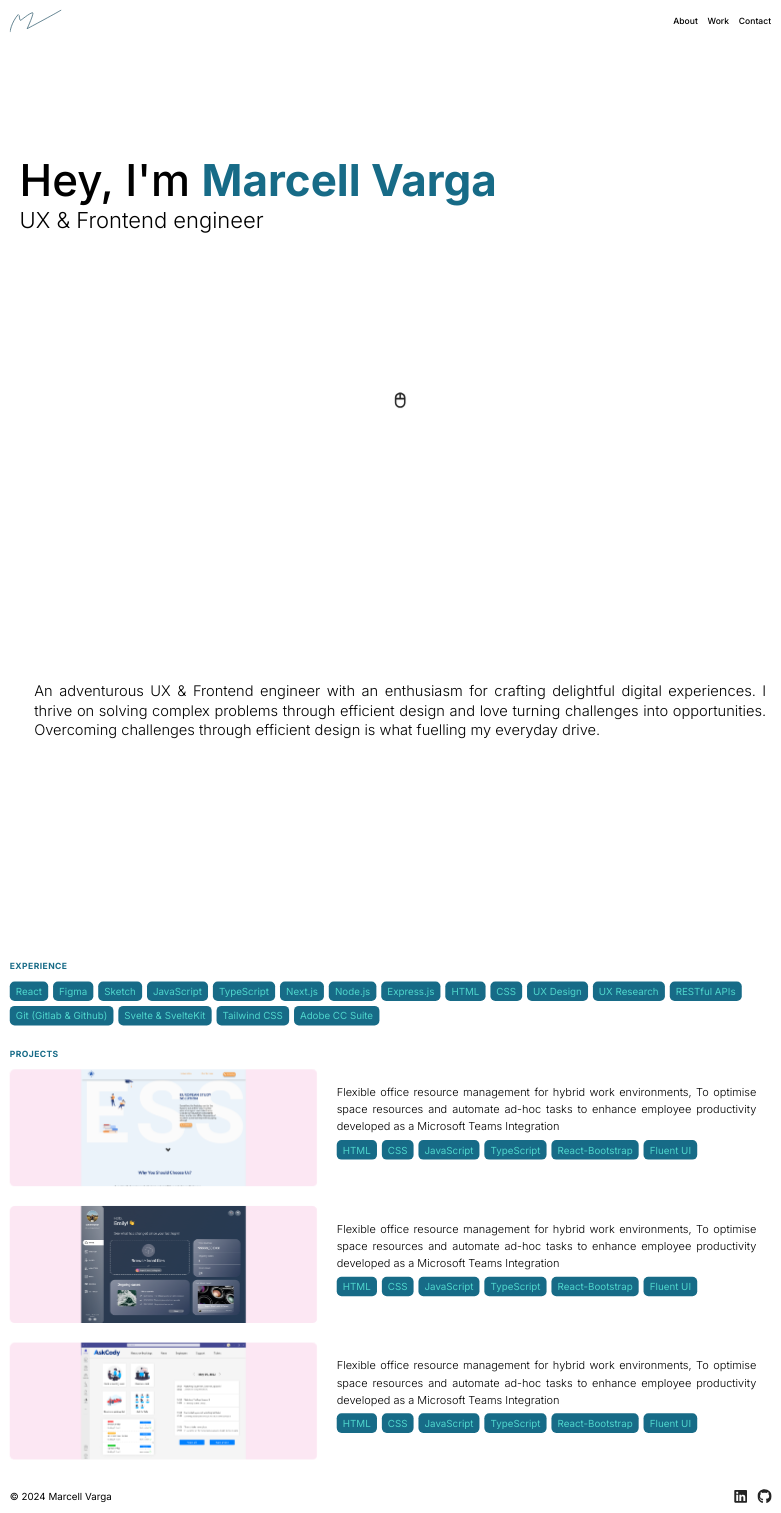
Repository: TheMarcellVarga/personal-portfolio-v.2
Page: /
The author's editor kept a copy of each file at every save. The page is drawn from the files as they stood at one save, then again after the next save.
The browser window is 1280 px wide. The pictures show the whole page, at 61% of full size.
The project was rebuilt for these pictures with package versions that can differ from the ones it lists, and the page was loaded fresh each time. The framework's server and built-in components were replaced by stand-ins that run in the browser. Also part of the build but not shown: next.config.mjs.

Above is the page before, as saved 2024-04-25 01:01:15.

### app/layout.tsx
import type { Metadata } from "next";
import { Inter } from "next/font/google";
import "./globals.css";

const inter = Inter({ subsets: ["latin"] });

export const metadata: Metadata = {
  title: {
    template: "%s | Marcell Varga",
    default: "Marcell Varga",
  },
  description: "Marcell Varga Portfolio | UX & Frontend Engineer",
};
export default function RootLayout({
  children,
}: Readonly<{
  children: React.ReactNode;
}>) {
  return (
    <html lang="en">
      <body className={inter.className}>{children}</body>
    </html>
  );
}

### app/page.tsx
"use client";

import { useState } from "react";
import Link from "next/link";
import Image from "next/image";
import IndexSigAnimated from "../public/icons/indexSigAnimated";

// Header component
const Header = () => {
  const [isOpen, setIsOpen] = useState(false);

  return (
    <header className="flex justify-between items-center w-full">
      <div className="flex items-center">
        {/* Icon */}
        <Link href="/">
          <IndexSigAnimated />
        </Link>
      </div>
      <nav className="flex items-center">
        {/* Hamburger Menu */}
        <div
          className={`md:hidden z-2 ${isOpen ? "open" : ""}`}
          onClick={() => setIsOpen(!isOpen)}
        >
          <div className="w-6 h-0.5 bg-gray-800 mb-1"></div>
          <div className="w-6 h-0.5 bg-gray-800 mb-1"></div>
          <div className="w-6 h-0.5 bg-gray-800"></div>
        </div>
        {/* Navigation Links */}
        <div className={`nav-overlay ${isOpen ? "open" : ""}`}>
          <div className={`${isOpen ? "block" : "hidden"} md:flex space-x-4`}>
            <Link href="/about">
              <div
                className="text-sm font-medium"
                style={{ color: isOpen ? "#eeeeee" : "inherit" }}
              >
                About
              </div>
            </Link>
            <Link href="/work">
              <div
                className="text-sm font-medium"
                style={{ color: isOpen ? "#eeeeee" : "inherit" }}
              >
                Work
              </div>
            </Link>
            <Link href="/contact">
              <div
                className="text-sm font-medium"
                style={{ color: isOpen ? "#eeeeee" : "inherit" }}
              >
                Contact
              </div>
            </Link>
          </div>
        </div>
        <div className={`${isOpen ? "hidden" : "block"}`}>
          <div className={`${isOpen ? "block" : "hidden"} md:flex space-x-4`}>
            <Link href="/about">
              <div
                className="text-sm font-medium"
                style={{ color: isOpen ? "#eeeeee" : "inherit" }}
              >
                About
              </div>
            </Link>
            <Link href="/work">
              <div
                className="text-sm font-medium"
                style={{ color: isOpen ? "#eeeeee" : "inherit" }}
              >
                Work
              </div>
            </Link>
            <Link href="/contact">
              <div
                className="text-sm font-medium"
                style={{ color: isOpen ? "#eeeeee" : "inherit" }}
              >
                Contact
              </div>
            </Link>
          </div>
        </div>
      </nav>
    </header>
  );
};

// Footer component
const Footer = () => {
  return (
    <div className="flex w-full flex-row justify-between items-center">
      <div className="flex w-full">© 2024 Marcell Varga</div>
      <div className="flex space-x-4">
        <Image
          src="/icons/linkedin.svg"
          alt="Linkedin Icon"
          width={24}
          height={24}
        />
        <Image
          src="/icons/github.svg"
          alt="GitHub Icon"
          width={24}
          height={24}
        />
      </div>
    </div>
  );
};

const projects = [
  {
    title:
      "Flexible office resource management for hybrid work environments, To optimise space resources and automate ad-hoc tasks to enhance employee productivity developed as a Microsoft Teams Integration",
    description: "",
    skills: [
      "HTML",
      "CSS",
      "JavaScript",
      "TypeScript",
      "React-Bootstrap",
      "Fluent UI",
    ],
    link: "/", // Example link to the project details page
    image: "/images/ess-index.png", // Add the path to the image
  },
  {
    title:
      "Flexible office resource management for hybrid work environments, To optimise space resources and automate ad-hoc tasks to enhance employee productivity developed as a Microsoft Teams Integration",
    description: "",
    skills: [
      "HTML",
      "CSS",
      "JavaScript",
      "TypeScript",
      "React-Bootstrap",
      "Fluent UI",
    ],
    link: "/", // Example link to the project details page
    image: "/images/catchscan-index.png", // Add the path to the image
  },
  {
    title:
      "Flexible office resource management for hybrid work environments, To optimise space resources and automate ad-hoc tasks to enhance employee productivity developed as a Microsoft Teams Integration",
    description: "",
    skills: [
      "HTML",
      "CSS",
      "JavaScript",
      "TypeScript",
      "React-Bootstrap",
      "Fluent UI",
    ],
    link: "/", // Example link to the project details page
    image: "/images/askcody-index.png", // Add the path to the image
  },
  // Add more projects here
];

export default function Page() {
  return (
    <div className="m-4">
      <Header />
      <main className="flex flex-col items-center justify-between h-screen m-4 gap-1 w-full">
        <div className="flex-grow pb-12 w-full flex flex-col items-center justify-center gap-">
          <div className="flex flex-row w-full text-7xl font-medium items-center justify-start">
            Hey, I'm&nbsp;
            <span className="text-custom-blue font-bold">Marcell Varga</span>
          </div>
          <div className="flex w-full text-4xl font-light items-center justify-start my-2">
            UX & Frontend engineer
          </div>
        </div>
        <div className="pb-32 flex flex-col items-center justify-start">
          <Image
            className="animate-moveDown"
            src="/icons/mouseScroll.svg"
            alt="Scroll your mouse down Icon"
            width={30}
            height={30}
          />
        </div>
      </main>
      {/* Drive Section */}
      <section className="flex flex-col items-center justify-between h-screen m-4 gap-1 w-full">
        <div className="flex w-full h-screen text-5xl font-medium items-center justify-start">
          <h2 className="text-2xl font-light text-justify m-6">
            An adventurous UX & Frontend engineer with an enthusiasm for
            crafting delightful digital experiences. I thrive on solving complex
            problems through efficient design and love turning challenges into
            opportunities. Overcoming challenges through efficient design is
            what fuelling my everyday drive.
          </h2>
        </div>
      </section>
      <section className="flex flex-col items-center justify-between my-4 gap-1 w-full">
        {/* New Experience Section */}
        <article className="mt-8 w-full">
          <h2 className="text-custom-blue text-sm font-bold mb-4 tracking-wider uppercase">
            Experience
          </h2>
          <div className="flex flex-wrap gap-2">
            {[
              "React",
              "Figma",
              "Sketch",
              "JavaScript",
              "TypeScript",
              "Next.js",
              "Node.js",
              "Express.js",
              "HTML",
              "CSS",
              "UX Design",
              "UX Research",
              "RESTful APIs",
              "Git (Gitlab & Github)",
              "Svelte & SvelteKit",
              "Tailwind CSS",
              "Adobe CC Suite",
            ].map((skill) => (
              <div
                key={skill}
                className="bg-custom-blue text-custom-teal px-2.5 py-1 rounded-lg"
              >
                {skill}
              </div>
            ))}
          </div>
        </article>
        <article className="my-8 w-full">
          <h2 className="text-custom-blue text-sm font-bold mb-4 tracking-wider uppercase">
            Projects
          </h2>
          <div className="flex flex-col gap-8">
            {projects.map((project) => (
              <div key={project.title} className="flex gap-2">
                <div className="w-full h-full relative rounded-lg overflow-hidden y-5">
                  <div className="bg-pink-100 w-full h-48">
                    <Image
                      src={project.image} // Use the image path from the project object
                      alt={project.title} // Use the project title as the alt text
                      layout="fill" // Make the image fill its container
                      objectFit="contain" // Adjust the image's aspect ratio to cover the container
                    />
                  </div>
                </div>
                <div className="flex flex-col m-6 gap-2">
                  <Link
                    href={project.link}
                    className="text-lg font-light text-justify"
                  >
                    <div>{project.title}</div>
                    <div>{project.description}</div>
                  </Link>
                  <div className="flex flex-wrap gap-2">
                    {project.skills.map((skill) => (
                      <div
                        key={skill}
                        className="bg-custom-blue text-custom-teal px-2.5 py-1 rounded-lg"
                      >
                        {skill}
                      </div>
                    ))}
                  </div>
                </div>
              </div>
            ))}
          </div>
        </article>
      </section>
      <Footer />
    </div>
  );
}

### app/globals.css
@tailwind base;
@tailwind components;
@tailwind utilities;

/* :root {
  --foreground-rgb: 0, 0, 0;
  --background-start-rgb: 214, 219, 220;
  --background-end-rgb: 255, 255, 255;
}

@media (prefers-color-scheme: dark) {
  :root {
    --foreground-rgb: 255, 255, 255;
    --background-start-rgb: 0, 0, 0;
    --background-end-rgb: 0, 0, 0;
  }
}

body {
  color: rgb(var(--foreground-rgb));
  background: linear-gradient(
      to bottom,
      transparent,
      rgb(var(--background-end-rgb))
    )
    rgb(var(--background-start-rgb));
}

@layer utilities {
  .text-balance {
    text-wrap: balance;
  }
} */

@-webkit-keyframes animate-svg-stroke-1 {
  0% {
    stroke-dashoffset: 210.06117248535156px;
    stroke-dasharray: 210.06117248535156px;
  }

  100% {
    stroke-dashoffset: 420.1223449707031px;
    stroke-dasharray: 210.06117248535156px;
  }
}

@keyframes animate-svg-stroke-1 {
  0% {
    stroke-dashoffset: 210.06117248535156px;
    stroke-dasharray: 210.06117248535156px;
  }

  100% {
    stroke-dashoffset: 420.1223449707031px;
    stroke-dasharray: 210.06117248535156px;
  }
}

.svg-elem-1 {
  -webkit-animation: animate-svg-stroke-1 1s ease-in-out 1s both;
  animation: animate-svg-stroke-1 1s ease-in-out 1s both;
}

@-webkit-keyframes animate-svg-stroke-2 {
  0% {
    stroke-dashoffset: 798.271240234375px;
    stroke-dasharray: 798.271240234375px;
  }

  100% {
    stroke-dashoffset: 1596.54248046875px;
    stroke-dasharray: 798.271240234375px;
  }
}

@keyframes animate-svg-stroke-2 {
  0% {
    stroke-dashoffset: 798.271240234375px;
    stroke-dasharray: 798.271240234375px;
  }

  100% {
    stroke-dashoffset: 1596.54248046875px;
    stroke-dasharray: 798.271240234375px;
  }
}

.svg-elem-2 {
  -webkit-animation: animate-svg-stroke-2 1s ease-in-out 1.12s both;
  animation: animate-svg-stroke-2 1s ease-in-out 1.12s both;
}

@-webkit-keyframes animate-svg-stroke-3 {
  0% {
    stroke-dashoffset: 2px;
    stroke-dasharray: 2px;
  }

  100% {
    stroke-dashoffset: 4px;
    stroke-dasharray: 2px;
  }
}

@keyframes animate-svg-stroke-3 {
  0% {
    stroke-dashoffset: 2px;
    stroke-dasharray: 2px;
  }

  100% {
    stroke-dashoffset: 4px;
    stroke-dasharray: 2px;
  }
}

.svg-elem-3 {
  -webkit-animation: animate-svg-stroke-3 1s ease-in-out 1.24s both;
  animation: animate-svg-stroke-3 1s ease-in-out 1.24s both;
}

/* CSS for the overlay */
.nav-overlay {
  position: fixed;
  top: 0;
  right: 0;
  width: 80%; /* Adjust the width as needed */
  height: 100%;
  background-color: rgba(23, 107, 135, 1); /* Semi-transparent background */
  transform: translateX(100%); /* Hidden off-screen to the right */
  transition: transform 0.3s ease-out; /* Smooth transition */
  display: flex;
  flex-direction: column;
  justify-content: center;
  align-items: center;
  padding: 2rem;
  z-index: 2; /* Ensure it's above other content */
}

.nav-overlay.open {
  transform: translateX(0); /* Slide in from the right */
}

/* Hamburger menu with increased z-index when open */
.md\:hidden {
  cursor: pointer;
  z-index: 2; /* Default z-index */
}

.md\:hidden.open {
  z-index: 5; /* Increased z-index when open */
}

/* Hamburger menu lines */
.md\:hidden > div {
  transition: all 0.3s ease;
}

/* Top line of the hamburger menu */
.md\:hidden > div:nth-child(1) {
  transform-origin: center;
}

/* Middle line of the hamburger menu */
.md\:hidden > div:nth-child(2) {
  transform-origin: center;
}

/* Bottom line of the hamburger menu */
.md\:hidden > div:nth-child(3) {
  transform-origin: center;
}

/* Animation for the hamburger menu to become a cross */
.md\:hidden.open > div:nth-child(1) {
  transform: rotate(45deg);
}

.md\:hidden.open > div:nth-child(2) {
  opacity: 0;
}

.md\:hidden.open > div:nth-child(3) {
  transform: rotate(-45deg);
}

/* Hamburger menu with increased z-index when open */
.md\:hidden {
  cursor: pointer;
  z-index: 2; /* Default z-index */
}

.md\:hidden.open {
  z-index: 5; /* Increased z-index when open */
}

/* CSS for the close button */
.close-btn {
  position: absolute;
  top: 1rem;
  right: 1rem;
  background: none;
  border: none;
  font-size: 1.5rem;
  color: #fff;
  cursor: pointer;
}

@keyframes moveDown {
  0% {
    transform: translateY(0);
  }
  100% {
    transform: translateY(10px); /* Adjust the value as needed */
  }
}

.animate-moveDown {
  animation: moveDown 2s infinite alternate ease-in-out; /* Adjust the duration as needed */
}

### public/icons/indexSigAnimated.tsx
import React from 'react';

const IndexSigIcon: React.FC = () => {
 return (
    <svg className="svg-elem-1" width="85" height="37" viewBox="0 0 85 37" fill="none" xmlns="http://www.w3.org/2000/svg">
      <g clipPath="url(#clip0_18_152)">
        <path d="M0.396973 36.3291C0.396973 36.3291 1.80464 21.811 13.6633 7.89246" stroke="#053B50" strokeLinecap="round" strokeLinejoin="round"/>
        <path d="M84.6029 0.378418C83.4907 1.72562 28.5188 31.0478 28.5188 31.0478C34.2765 18.2493 39.5275 5.38881 37.4414 4.87415C37.3274 4.8523 37.2096 4.85749 37.0982 4.88928C31.574 6.017 19.8186 16.4677 17.715 17.2805C17.665 17.3015 17.6107 17.3113 17.5561 17.3093C16.4821 17.2881 15.8514 13.5856 15.4907 9.68776" stroke="#053B50" strokeLinecap="round" strokeLinejoin="round"/>
      </g>
      <defs>
        <clipPath id="clip0_18_152">
          <rect width="85" height="36.7076" fill="white"/>
        </clipPath>
      </defs>
    </svg>
 );
};

export default IndexSigIcon;

### tailwind.config.ts
import type { Config } from "tailwindcss";

const config: Config = {
  content: [
    "./pages/**/*.{js,ts,jsx,tsx,mdx}",
    "./components/**/*.{js,ts,jsx,tsx,mdx}",
    "./app/**/*.{js,ts,jsx,tsx,mdx}",
  ],
  theme: {
    extend: {
      backgroundImage: {
        "gradient-radial": "radial-gradient(var(--tw-gradient-stops))",
        "gradient-conic":
          "conic-gradient(from 180deg at 50% 50%, var(--tw-gradient-stops))",
      },
      colors: {
        "custom-blue": "#176B87",
        "custom-teal": "#4FD5CC",
      },
    },
  },
  plugins: [],
};

export default config;

After the next save:
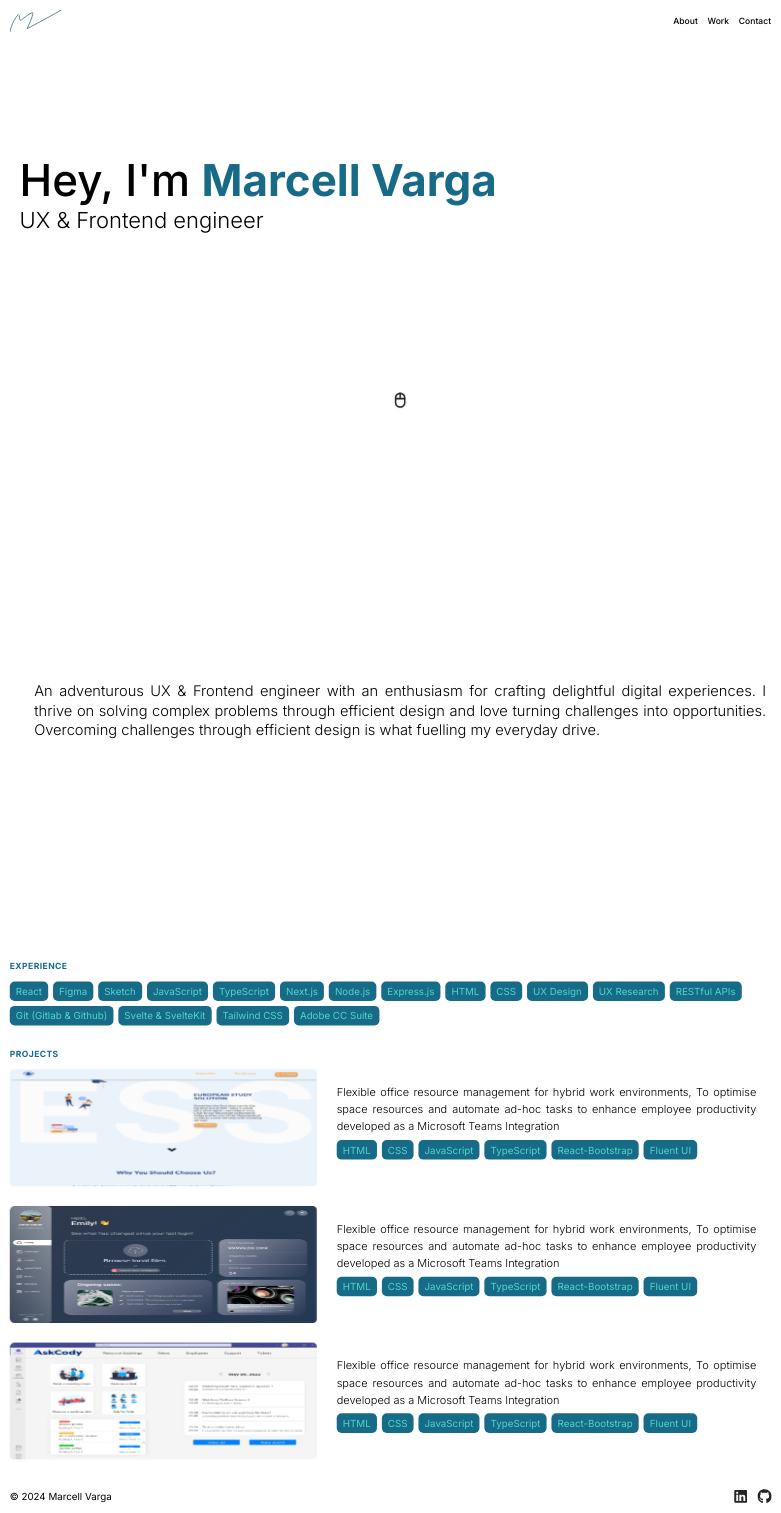
Saved 32 s later.
--- a/app/page.tsx
+++ b/app/page.tsx
@@ -245,7 +245,7 @@ export default function Page() {
                       src={project.image} // Use the image path from the project object
                       alt={project.title} // Use the project title as the alt text
                       layout="fill" // Make the image fill its container
-                      objectFit="contain" // Adjust the image's aspect ratio to cover the container
+                      objectFit="fill" // Adjust the image's aspect ratio to cover the container
                     />
                   </div>
                 </div>
